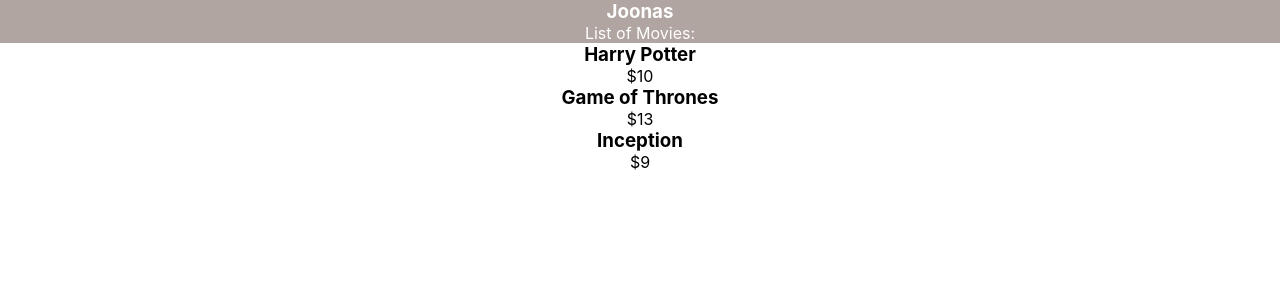
Repository: SubmergedSnake/react-usecontext
Page: /
An editor plug-in stored every save of this project. The page is shown before and after the next save, followed by the edit.
The browser window is 1280 px wide. The pictures show the whole page.
The project was rebuilt for these pictures with package versions that can differ from the ones it lists, and the page was loaded fresh each time.

Above is the page before, as saved 2020-11-21 18:52:31.

After the next save:
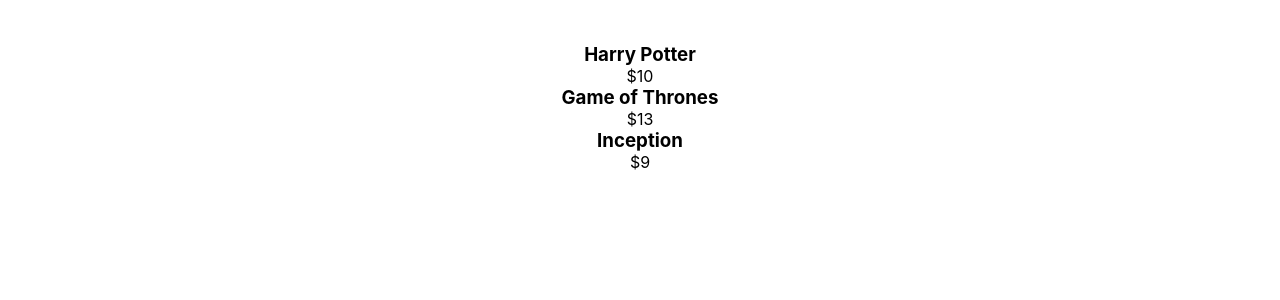
Saved 17 s later.
--- a/src/Nav.js
+++ b/src/Nav.js
@@ -1,7 +1,7 @@
 import React from 'react';
 
 const navStyle = {
-    background: '#B0A5A0',
+    background: '#B3A3939',
     color: 'white'
   };
 
